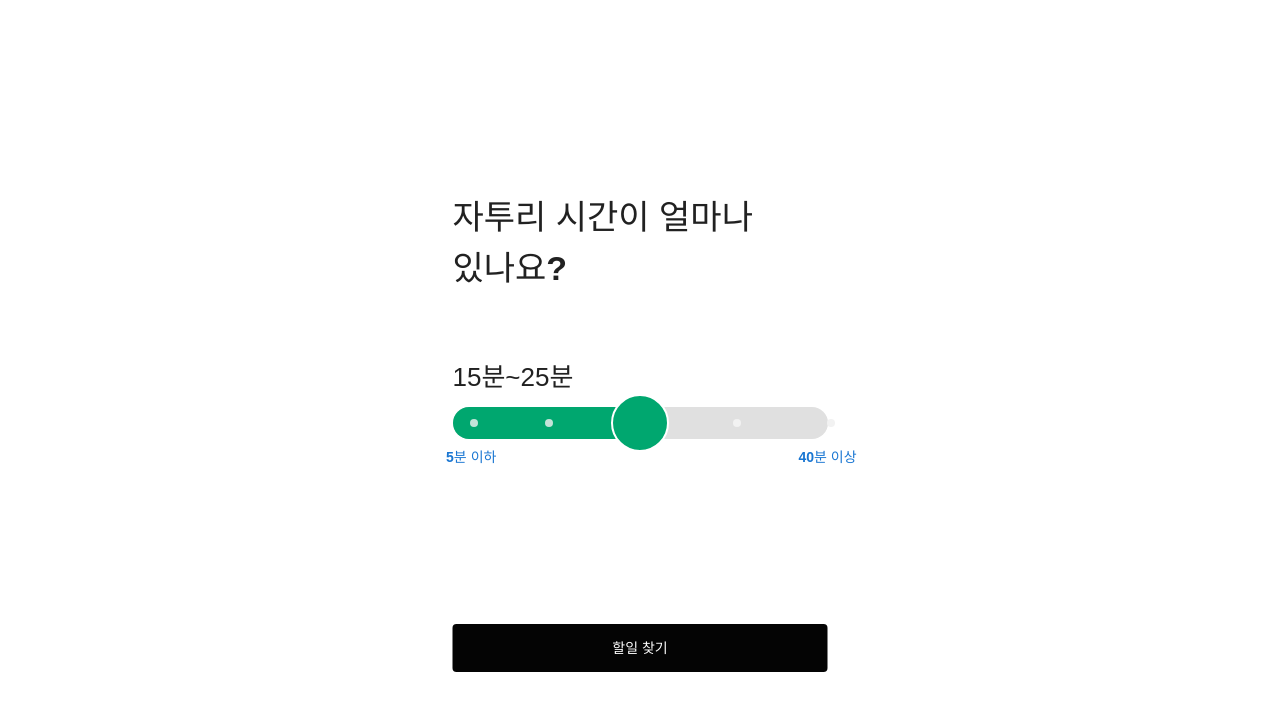
Repository: Tickley-Team/Tickley
Page: /survey
The author's editor kept a copy of each file at every save. The page is drawn from the files as they stood at one save, then again after the next save.
The browser window is 1280 px wide. The pictures show the whole page.
The project was rebuilt for these pictures with package versions that can differ from the ones it lists, and the page was loaded fresh each time. Also part of the build but not shown: vite.config.ts, src/components/BottomNavbar.css, src/components/BottomNavbar.tsx, src/hooks/useLocalStorage.ts, src/stores/timeLeftStore.ts, src/utils.ts, src/components/BasicDialog.tsx, src/pages/Todos.tsx and 12 more.

Above is the page before, as saved 2024-12-09 17:39:31.

### index.html
<!doctype html>
<html lang="en">
  <head>
    <meta charset="UTF-8" />
    <link rel="icon" type="image/svg+xml" href="/src/assets/tickley-favicon.svg" />
    <meta name="viewport" content="width=device-width, initial-scale=1.0" />
    <title>Tickley</title>
    <meta name="description" content="자투리 시간을 알차게 보내고 싶으신가요? 그럼 티클리!">
    <meta property="og:title" content="Tickley">
    <meta property="og:url" content="https://tickley-team.github.io/Tickley/">
    <meta property="og:image" content="https://tickley-team.github.io/Tickley/cute-tickley.png">
    <meta property="og:description" content="자투리 시간을 알차게 보내고 싶으신가요? 그럼 티클리!">
  </head>
  <body>
    <div id="root"></div>
    <script type="module" src="/src/main.tsx"></script>
  </body>
</html>

### src/index.css
:root {
  font-family: Pretandard, system-ui, Avenir, Helvetica, Arial, sans-serif;

  color-scheme: light dark;
  font-synthesis: none;
  text-rendering: optimizeLegibility;
  -webkit-font-smoothing: antialiased;
  -moz-osx-font-smoothing: grayscale;
}

@font-face {
  font-family: 'S-CoreDream-5Medium';
  src: url('https://fastly.jsdelivr.net/gh/projectnoonnu/noonfonts_six@1.2/S-CoreDream-5Medium.woff')
    format('woff');
  font-weight: 500;
  font-style: normal;
}

@font-face {
  font-family: 'S-CoreDream-6Bold';
  src: url('https://fastly.jsdelivr.net/gh/projectnoonnu/noonfonts_six@1.2/S-CoreDream-6Bold.woff')
    format('woff');
  font-weight: 600;
  font-style: normal;
}

@font-face {
  font-family: 'S-CoreDream-8Heavy';
  src: url('https://fastly.jsdelivr.net/gh/projectnoonnu/noonfonts_six@1.2/S-CoreDream-8Heavy.woff')
    format('woff');
  font-weight: 800;
  font-style: normal;
}

@font-face {
  font-family: 'S-CoreDream-7ExtraBold';
  src: url('https://fastly.jsdelivr.net/gh/projectnoonnu/noonfonts_six@1.2/S-CoreDream-7ExtraBold.woff')
    format('woff');
  font-weight: 700;
  font-style: normal;
}

### src/App.tsx
import Todos from './pages/Todos'
import TodosFind from './pages/TodosFind'
import SurveySpareTime from './pages/SurveySpareTime'
import Home from './pages/Home'
import OnboardingPage from './pages/OnboardingPage'
import TodosMemory from './pages/TodosMemory'
import ProgressTimer from './pages/ProgressTimer'
import CompletedTimer from './pages/CompletedTimer'
import { fetchRecommendTodos } from './api/fetchRecommendTodos'
import { createBrowserRouter, RouterProvider } from 'react-router'
import { ThemeProvider } from '@mui/material/styles'
import { TickleyTheme } from './theme'
import CssBaseline from '@mui/material/CssBaseline'

function App() {
  const isProduction = process.env.NODE_ENV === 'production'
  const basename = isProduction ? '/Tickley' : '/'

  const router = createBrowserRouter(
    [
      {
        path: '/',
        element: <Home />,
      },
      {
        path: '/todos',
        element: <Todos />,
      },
      {
        path: '/todos/find',
        element: <TodosFind />,
        loader: () =>
          fetchRecommendTodos(
            `${import.meta.env.BASE_URL}data/todoRecommendData.json`,
          ),
      },
      {
        path: '/todos/memory',
        element: <TodosMemory />,
      },
      {
        path: '/survey',
        element: <SurveySpareTime />,
      },
      {
        path: '/onboarding/:onboardingId',
        element: <OnboardingPage />,
      },
      {
        path: '/timer/progress',
        element: <ProgressTimer />,
      },
      {
        path: '/timer/completed',
        element: <CompletedTimer />,
      },
    ],
    {
      basename,
    },
  )

  return (
    <ThemeProvider theme={TickleyTheme}>
      <RouterProvider router={router} />
      <CssBaseline />
    </ThemeProvider>
  )
}

export default App

### src/pages/SurveySpareTime/index.tsx
import { useCallback } from 'react'
import { useNavigate } from 'react-router'
import { MobileLayout } from '../../layout/MobileLayout'
import { RangeSlider } from '../../components/RangeSlider'
import { Typography } from '@mui/material'
import { CTAButton } from '../../components/Button'

const SurveySpareTime = () => {
  const navigate = useNavigate()
  const handleClickButton = useCallback(() => {
    navigate('/todos/find')
  }, [])
  return (
    <MobileLayout>
      <Typography
        variant="title-6-bold-34"
        sx={{
          width: '100%',
          marginTop: '192px',
          whiteSpace: 'pre-line',
          textAlign: 'left',
          marginBottom: '64px',
        }}
      >
        {`자투리 시간이 얼마나\n있나요?`}
      </Typography>
      <RangeSlider />
      <CTAButton onClick={handleClickButton}>할일 찾기 </CTAButton>
    </MobileLayout>
  )
}

export default SurveySpareTime

### src/api/fetchRecommendTodos.ts
import { RecommendTodo } from '../types'

export const fetchRecommendTodos = async (
  path: string,
): Promise<Array<RecommendTodo>> => {
  try {
    const response = await fetch(path)
    if (!response.ok) {
      throw new Error(`HTTP error! status: ${response.status}`)
    }
    return response.json()
  } catch (error) {
    if (error instanceof Error) {
      throw new Error(`데이터 로드 실패: ${error.message}`)
    }
    throw new Error('알 수 없는 에러가 발생했습니다')
  }
}

### src/theme.ts
import { createTheme } from '@mui/material/styles'

import tokens from './assets/tokens.json'

import React from 'react'

export const TickleyTheme = createTheme({
  palette: {
    primary100: tokens.color.pri100.value,
    primary500: tokens.color.pri500.value,
    primary900: tokens.color.pri900.value,

    gray100: tokens.color.gray100.value,
    gray200: tokens.color.gray200.value,
    gray300: tokens.color.gray300.value,
    gray400: tokens.color.gray400.value,
    gray600: tokens.color.gray600.value,
    gray700: tokens.color.gray700.value,
    gray800: tokens.color.gray800.value,
    gray900: tokens.color.gray900.value,
    gray1000: tokens.color.gray1000.value,

    semanticRed: '#F24822',
    semanticPurple1: '#5B67BA',
    semanticGreen: '#009951',
    semanticGreen1: '#D6F2CC',
    semanticGreen2: '#B2DDA2',
    semanticGreen3: '#7BB766',
    semanticGreen4: '#367A1E',
  },

  typography: {
    fontFamily: '"S-CoreDream", Arial, sans-serif',

    'headline-8-heavy': {
      fontWeight: 800,

      fontSize: '48px',
    },

    'headline-5-medium': {
      fontWeight: 500,

      fontSize: '66px',
    },

    'title-6-bold-34': {
      fontWeight: 600,

      fontSize: '34px',
    },

    'title-5-medium-26': {
      fontWeight: 500,

      fontSize: '26px',
    },

    'title-7-extrabold-20': {
      fontWeight: 700,

      fontSize: '20px',
    },

    'title-5-medium-18': {
      fontWeight: 500,

      fontSize: '18px',
    },

    'title-5-medium-16': {
      fontWeight: 500,

      fontSize: '16px',
    },

    'title-5-medium-12': {
      fontWeight: 500,

      fontSize: '12px',
    },
  },
})

//TODO: 타입 정의 파일로 옮기기

declare module '@mui/material/styles' {
  interface Palette {
    primary100: string
    primary500: string
    primary900: string
    gray100: string
    gray200: string
    gray300: string
    gray400: string
    gray600: string
    gray700: string
    gray800: string
    gray900: string
    gray1000: string

    semanticGreen1: string
    semanticGreen2: string
    semanticGreen3: string
    semanticGreen4: string
    semanticRed: string
    semanticPurple1: string
    semanticGreen: string
  }

  interface PaletteOptions {
    primary100: string
    primary500: string
    primary900: string
    gray100: string
    gray200: string
    gray300: string
    gray400: string
    gray600: string
    gray700: string
    gray800: string
    gray900: string
    gray1000: string

    semanticGreen1: string
    semanticGreen2: string
    semanticGreen3: string
    semanticGreen4: string
    semanticRed: string
    semanticPurple1: string
    semanticGreen: string
  }
}

declare module '@mui/material/Typography' {
  interface TypographyPropsVariantOverrides {
    'headline-5-medium': true

    'headline-8-heavy': true

    'title-6-bold-34': true

    'title-5-medium-26': true

    'title-7-extrabold-20': true

    'title-5-medium-18': true

    'title-5-medium-16': true

    'title-5-medium-12': true
  }
}

declare module '@mui/material/styles' {
  interface TypographyVariants {
    'headline-5-medium': React.CSSProperties

    'headline-8-heavy': React.CSSProperties

    'title-6-bold-34': React.CSSProperties

    'title-5-medium-26': React.CSSProperties

    'title-7-extrabold-20': React.CSSProperties

    'title-5-medium-18': React.CSSProperties

    'title-5-medium-16': React.CSSProperties

    'title-5-medium-12': React.CSSProperties
  }

  interface TypographyVariantsOptions {
    'headline-5-medium'?: React.CSSProperties

    'headline-8-heavy'?: React.CSSProperties

    'title-6-bold-34'?: React.CSSProperties

    'title-5-medium-26'?: React.CSSProperties

    'title-7-extrabold-20'?: React.CSSProperties

    'title-5-medium-18'?: React.CSSProperties

    'title-5-medium-16'?: React.CSSProperties

    'title-5-medium-12'?: React.CSSProperties
  }
}

### src/components/RangeSlider.tsx
import styled from '@emotion/styled'
import { Box, Slider, SliderProps, Typography } from '@mui/material'
import { useRecommendTodoFilterStore } from '../stores/recommendTodoFilterStore'

type RangeSliderProps = Partial<SliderProps>

const RangeMapper = [
  { value: 5, label: '5분 이하', displayText: '5분 이하', time: 5 },
  { value: 25, label: '', displayText: '5분~15분', time: 15 },
  { value: 50, label: '', displayText: '15분~25분', time: 25 },
  { value: 75, label: '', displayText: '25분~35분', time: 35 },
  { value: 100, label: '40분 이상', displayText: '40분 이상', time: 40 },
]

export const RangeSlider = ({ ...restProps }: RangeSliderProps) => {
  const { spareTime, setSpareTime } = useRecommendTodoFilterStore()

  const handleChange = (_event: Event, value: number | number[]) => {
    const time = RangeMapper.find((step) => step.value === value)?.time
    setSpareTime(time ?? 5)
  }

  const marks = RangeMapper.map(({ value, label }) => ({
    value,
    label,
  }))
  return (
    <Box width={'100%'}>
      <Typography variant="title-5-medium-26">
        {/* TODO: refactor 연산 */}
        {RangeMapper.find(({ time }) => time === spareTime)?.displayText}
      </Typography>
      <CustomSlider
        value={RangeMapper.find(({ time }) => time === spareTime)?.value}
        marks={marks}
        step={null}
        onChange={handleChange}
        {...restProps}
      />
    </Box>
  )
}

const CustomSlider = styled(Slider)({
  height: 32,
  padding: 0,
  marginTop: 10,
  borderRadius: 9999,
  '& .MuiSlider-rail': {
    opacity: 1,
    backgroundColor: '#E0E0E0', // gray300
  },
  '& .MuiSlider-track': {
    border: 'none',
    backgroundColor: '#00A76F', // pri500
  },
  '& .MuiSlider-thumb': {
    height: 58,
    width: 58,
    backgroundColor: '#00A76F', // pri500
    border: '2px solid #fff',
    '&:focus, &:hover, &.Mui-active, &.Mui-focusVisible': {
      boxShadow: 'inherit',
    },
    '&:before': {
      display: 'none',
    },
  },
  '& .MuiSlider-mark': {
    backgroundColor: '#F2F2F2', // gray200
    height: 8,
    width: 8,
    borderRadius: '50%',
    marginTop: 0,
  },
  '& .MuiSlider-markLabel': {
    color: '#1976d2', // 마크 라벨 텍스트 색상
    fontSize: '14px', // 글꼴 크기
    fontWeight: 'bold', // 굵기
    top: '40px', // 위치 조정
  },
})

### src/layout/MobileLayout.tsx
import { Container } from '@mui/material'

export const MobileLayout = ({
  children,
  ...restProps
}: {
  children: React.ReactNode
}) => {
  return (
    <Container
      sx={{
        padding: 0,
        position: 'relative',
        maxWidth: '375px', // 최대 너비 375px
        width: '90%',
        margin: '0 auto',
        backgroundColor: 'white',
        height: '100vh',
        display: 'flex', // Flexbox를 사용하여 콘텐츠 정렬
        flexDirection: 'column',

        alignItems: 'center',
        '@media (min-width: 600px)': {
          paddingLeft: 0, // 600px 이상에서 padding-left 0 설정
          paddingRight: 0, // 600px 이상에서 padding-right 0 설정
        },
        '@media (min-width: 1200px)': {
          maxWidth: '375px', // 1200px 이상에서도 375px 고정
        },
      }}
      {...restProps}
    >
      {/* 여기에 콘텐츠를 추가 */}
      {children}
    </Container>
  )
}

### src/stores/recommendTodoFilterStore.ts
import { create } from 'zustand'

interface RecommendTodoFilterStore {
  categoryName: string
  spareTime: number
  setSpareTime: (spareTime: number) => void
  setCategoryName: (categoryName: string) => void
}
export const useRecommendTodoFilterStore = create<RecommendTodoFilterStore>()(
  (set) => ({
    categoryName: '휴식',
    spareTime: 25,
    setSpareTime: (spareTime) => set({ spareTime }),
    setCategoryName: (categoryName) => set({ categoryName }),
  }),
)

### src/components/Button.tsx
import { Box, Button as BaseButton, ButtonProps } from '@mui/material'
import { styled } from '@mui/system'

type Props = ButtonProps & {
  children: React.ReactNode
}
export const CTAButton = ({ children, ...restProps }: Props) => {
  return (
    <Box width="100%" style={{ display: 'relative' }}>
      <Button {...restProps}>{children}</Button>
    </Box>
  )
}

const Button = styled(BaseButton)(({ theme }) => ({
  position: 'absolute', // 버튼을 절대 위치로 설정
  bottom: '48px', // 하단에서 48px 떨어지게 설정
  left: '50%', // 가로 중앙 정렬
  transform: 'translateX(-50%)', // 정확한 중앙 정렬
  width: '100%', // 가로 폭을 100%에서 좌우 여백을 제외한 값으로 설정
  height: '48px',
  backgroundColor: theme.palette.gray1000, // 버튼 배경색
  color: theme.palette.gray100,
  borderRadius: '4px',
}))

### src/assets/tokens.json
{
  "color": {
    "pri500": {
      "description": "",
      "type": "color",
      "value": "#1d997cff",
      "blendMode": "normal"
    },
    "pri100": {
      "description": "",
      "type": "color",
      "value": "#d7f6efff",
      "blendMode": "normal"
    },
    "pri900": {
      "description": "",
      "type": "color",
      "value": "#044637ff",
      "blendMode": "normal"
    },
    "gray1000": {
      "description": "",
      "type": "color",
      "value": "#040404ff",
      "blendMode": "normal"
    },
    "gray300": {
      "description": "",
      "type": "color",
      "value": "#f0f1f5ff",
      "blendMode": "normal"
    },
    "gray400": {
      "description": "",
      "type": "color",
      "value": "#d9dae2ff",
      "blendMode": "normal"
    },
    "gray500": {
      "description": "",
      "type": "color",
      "value": "#b9babfff",
      "blendMode": "normal"
    },
    "gray900": {
      "description": "",
      "type": "color",
      "value": "#232327ff",
      "blendMode": "normal"
    },
    "gray600": {
      "description": "",
      "type": "color",
      "value": "#999a9fff",
      "blendMode": "normal"
    },
    "gray700": {
      "description": "",
      "type": "color",
      "value": "#717277ff",
      "blendMode": "normal"
    },
    "gray800": {
      "description": "",
      "type": "color",
      "value": "#3f3f44ff",
      "blendMode": "normal"
    },
    "gray200": {
      "description": "",
      "type": "color",
      "value": "#f9fafcff",
      "blendMode": "normal"
    },
    "gray100": {
      "description": "",
      "type": "color",
      "value": "#ffffffff",
      "blendMode": "normal"
    }
  },
  "grid": {
    "grid": {
      "0": {
        "type": "custom-grid",
        "value": {
          "pattern": "columns",
          "gutterSize": 0,
          "alignment": "stretch",
          "count": 1,
          "offset": 16
        }
      },
      "1": {
        "type": "custom-grid",
        "value": {
          "pattern": "columns",
          "gutterSize": 16,
          "alignment": "stretch",
          "count": 4,
          "offset": 16
        }
      },
      "description": null
    }
  },
  "variable collection": {
    "pri500": { "type": "color", "value": "#f5c21aff", "blendMode": "normal" },
    "pri600": { "type": "color", "value": "#f5bb1aff", "blendMode": "normal" },
    "color": {
      "description": "",
      "type": "color",
      "value": "{variable collection.pri500}"
    }
  }
}

Loaded but not shown: src/main.tsx (common file)

After the next save:
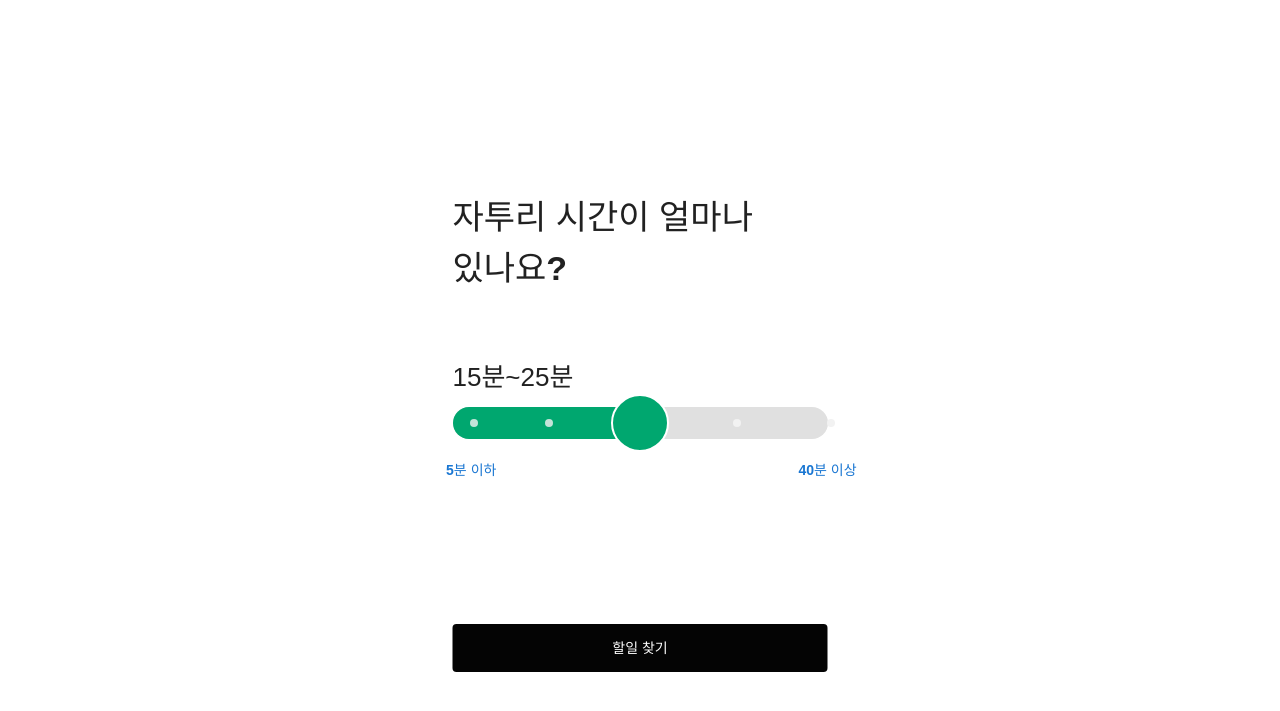
Saved 15 s later.
--- a/src/components/RangeSlider.tsx
+++ b/src/components/RangeSlider.tsx
@@ -77,6 +77,6 @@ const CustomSlider = styled(Slider)({
     color: '#1976d2', // 마크 라벨 텍스트 색상
     fontSize: '14px', // 글꼴 크기
     fontWeight: 'bold', // 굵기
-    top: '40px', // 위치 조정
+    top: 53, // 위치 조정
   },
 })
